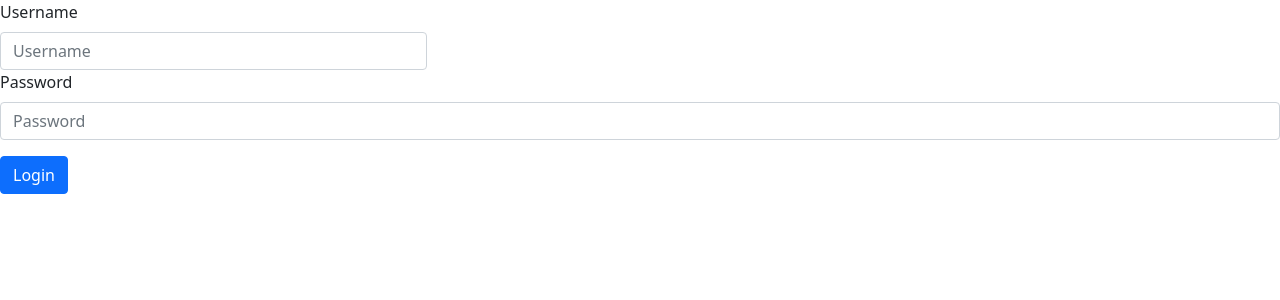
Repository: dilaraozdem1r/BooksApp
Page: /admin/page
An editor plug-in stored every save of this project. The page is shown before and after the next save, followed by the edit.
The browser window is 1280 px wide. The pictures show the whole page.
The page's requests for data from a server got no answer. The project was rebuilt for these pictures with package versions that can differ from the ones it lists, and the page was loaded fresh each time. No one was signed in, and anything a server would have sent is missing. Also part of the build but not shown: src/Components/BookList.js, src/Components/SearchBar.js.

Above is the page before, as saved 2021-08-20 13:22:02.

### public/index.html
<!DOCTYPE html>
<html lang="en">
  <head>
    <meta charset="utf-8" />
    <link rel="icon" href="%PUBLIC_URL%/favicon.ico" />
    <meta name="viewport" content="width=device-width, initial-scale=1" />
    <meta name="theme-color" content="#000000" />
    <meta
      name="description"
      content="Web site created using create-react-app"
    />
    <link rel="apple-touch-icon" href="%PUBLIC_URL%/logo192.png" />
    <!--
      manifest.json provides metadata used when your web app is installed on a
      user's mobile device or desktop. See https://developers.google.com/web/fundamentals/web-app-manifest/
    -->
    <link rel="manifest" href="%PUBLIC_URL%/manifest.json" />
    <!--
      Notice the use of %PUBLIC_URL% in the tags above.
      It will be replaced with the URL of the `public` folder during the build.
      Only files inside the `public` folder can be referenced from the HTML.

      Unlike "/favicon.ico" or "favicon.ico", "%PUBLIC_URL%/favicon.ico" will
      work correctly both with client-side routing and a non-root public URL.
      Learn how to configure a non-root public URL by running `npm run build`.
    -->
    <link href="https://cdn.jsdelivr.net/npm/bootstrap@5.0.2/dist/css/bootstrap.min.css" rel="stylesheet" integrity="sha384-EVSTQN3/azprG1Anm3QDgpJLIm9Nao0Yz1ztcQTwFspd3yD65VohhpuuCOmLASjC" crossorigin="anonymous">
    <title>Books App</title>
  </head>
  <body>
    <noscript>You need to enable JavaScript to run this app.</noscript>
    <div id="root"></div>
    <!--
      This HTML file is a template.
      If you open it directly in the browser, you will see an empty page.

      You can add webfonts, meta tags, or analytics to this file.
      The build step will place the bundled scripts into the <body> tag.

      To begin the development, run `npm start` or `yarn start`.
      To create a production bundle, use `npm run build` or `yarn build`.
    -->
    <script src="https://cdn.jsdelivr.net/npm/bootstrap@5.0.2/dist/js/bootstrap.bundle.min.js" integrity="sha384-MrcW6ZMFYlzcLA8Nl+NtUVF0sA7MsXsP1UyJoMp4YLEuNSfAP+JcXn/tWtIaxVXM" crossorigin="anonymous"></script>
  </body>
</html>

### src/index.js
import React from 'react'
import ReactDOM from 'react-dom'
import App from './Components/App'

ReactDOM.render(
    <App />,
    document.getElementById('root')

);

### src/Components/App.js
import React from 'react'
import { BrowserRouter as Router, Switch, Route, Link } from "react-router-dom";
import Books from './BookList';
import axios from 'axios'
import SearchBar from './SearchBar'
import Admin from './Admin'

class App extends React.Component {
  state = {
    books: [],
    searchQuery:""
  }

  async componentDidMount() {
    this.getBooks();

  }
  async getBooks() {
    const response = await axios.get(" http://localhost:3004/books");

    this.setState({ books: response.data })

  }
  searchMovie=(event)=>{
    this.setState({
      searchQuery:event.target.value
    })

  }

  render() {

    let filteredBooks=this.state.books.filter(
      (book)=>{
        return book.name.toLowerCase().indexOf(this.state.searchQuery.toLowerCase()) !== -1 }
    ).sort((a,b)=>{
      return a.id < b.id ? 1 : a.id > b.id ? -1 : 0 ;
    });



    return (
      <Router>
      <Switch>
      <Route path="/" exact render={() => (
            <React.Fragment>
      <div>
        <nav className="navbar navbar-light bg-light">
            <div className="container-fluid">
            <a class="navbar-brand">
          <img src="https://encrypted-tbn0.gstatic.com/images?q=tbn:ANd9GcRZ-o86obF-UTdLqsqqiUM6O82URx7R52fXlw&usqp=CAU" alt="" width="50" height="40" class="d-inline-block align-text-top"/>
          </a>

            <SearchBar search={this.searchMovie} />
            <div className="col ol-md-5">
                        <Link
                            to="/admin"
                            type="button"
                            className="btn btn-danger"
                            style={{ float: 'right' }}
                        >Admin Login</Link>
                    </div>

            </div>
          </nav>
      </div>
    <div>
              <Books books={filteredBooks} />
          </div>

    </React.Fragment> )}>
    </Route>

    <Route path="/admin" render={({ history }) => (
            <Admin  />
          )}>
          </Route>
    <div>
      <button class="navbar-toggler" type="button" data-bs-toggle="collapse" data-bs-target="#navbarSupportedContent" aria-controls="navbarSupportedContent" aria-expanded="false" aria-label="Toggle navigation">Admin Login</button>
    </div>












      </Switch>
      </Router>
        );
}
}
        export default App;

### src/Components/Admin.js
import React from 'react';
import { BrowserRouter as Router, Switch, Route, Link } from "react-router-dom";
class Admin extends React.Component {

    render() {
        return (
            <Router>
                <Switch>
                    <form>
                    <div class="col-md-4">
                            <label for="exampleInputEmail1" class="form-label">Username</label>
                            <input type="text" className="form-control" placeholder="Username" aria-label="First name"/>

                        </div>
                            <div className="mb-3">
                                <label for="exampleInputPassword1" className="form-label">Password</label>
                                <input type="password" className="form-control" placeholder="Password" aria-label="Last name"/>
                            </div>


                                    <button type="submit" className="btn btn-primary">Login</button>
                    </form>
                </Switch>
        </Router>

                        )
    }

}
export default Admin;

After the next save:
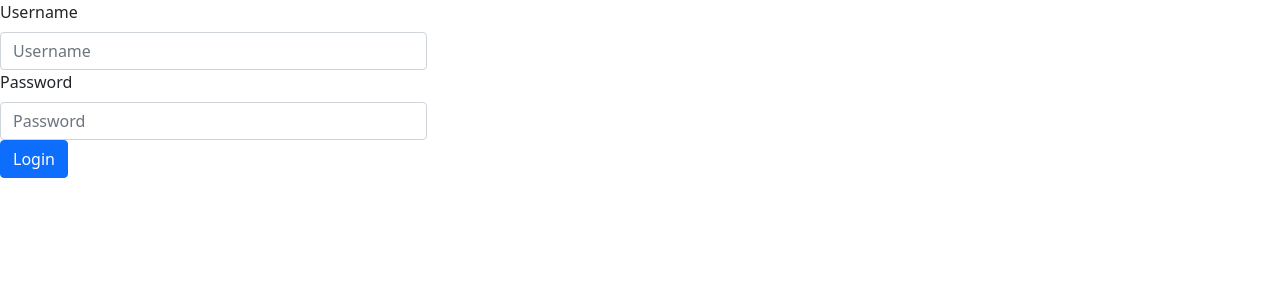
Saved 16 s later.
--- a/src/Components/Admin.js
+++ b/src/Components/Admin.js
@@ -12,7 +12,7 @@ class Admin extends React.Component {
                             <input type="text" className="form-control" placeholder="Username" aria-label="First name"/>
 
                         </div>
-                            <div className="mb-3">
+                        <div class="col-md-4">
                                 <label for="exampleInputPassword1" className="form-label">Password</label>
                                 <input type="password" className="form-control" placeholder="Password" aria-label="Last name"/>
                             </div>
